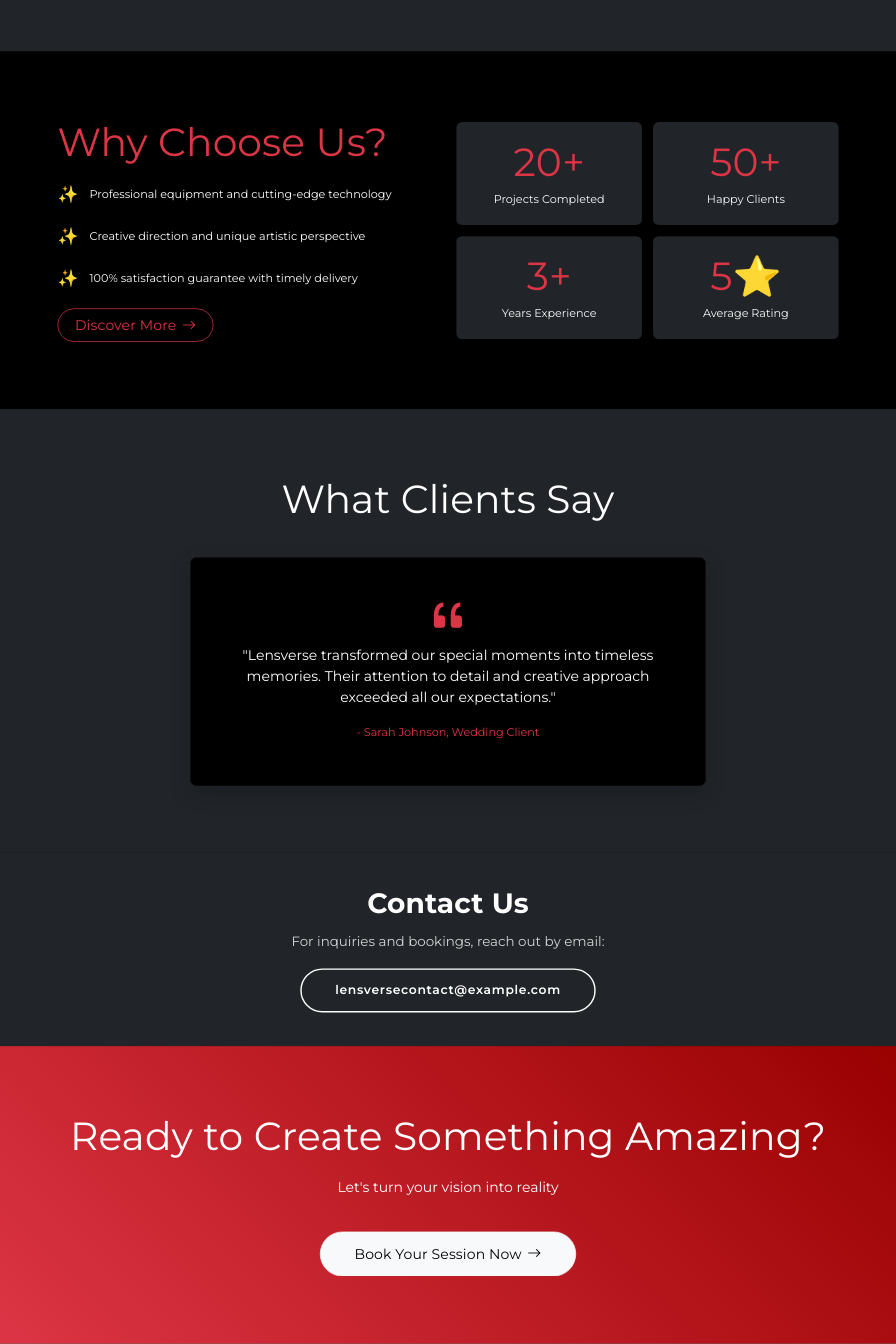
Repository: adithyakiran47/lensverseproject
Page: / (app in lensverse-client/)
An editor plug-in stored every save of this project. The page is shown before and after the next save, followed by the edit.
The browser window is 1280 px wide. The pictures show the part of the page from y = 1258 to 3178 px (the page is 3178 px tall), at 70% of full size.
The project was rebuilt for these pictures with package versions that can differ from the ones it lists, and the page was loaded fresh each time. Also part of the build but not shown: lensverse-client/src/pages/Portfolio.js, lensverse-client/src/utils/api.js, lensverse-client/src/pages/Booking.js, lensverse-client/src/pages/About.js, lensverse-client/src/pages/AdminLogin.js, lensverse-client/src/pages/AdminDashboard.js. Imported but missing from the stored project, and not drawn on this page: lensverse-client/src/reportWebVitals.

Above is the page before, as saved 2025-11-04 12:50:38.

After the next save:
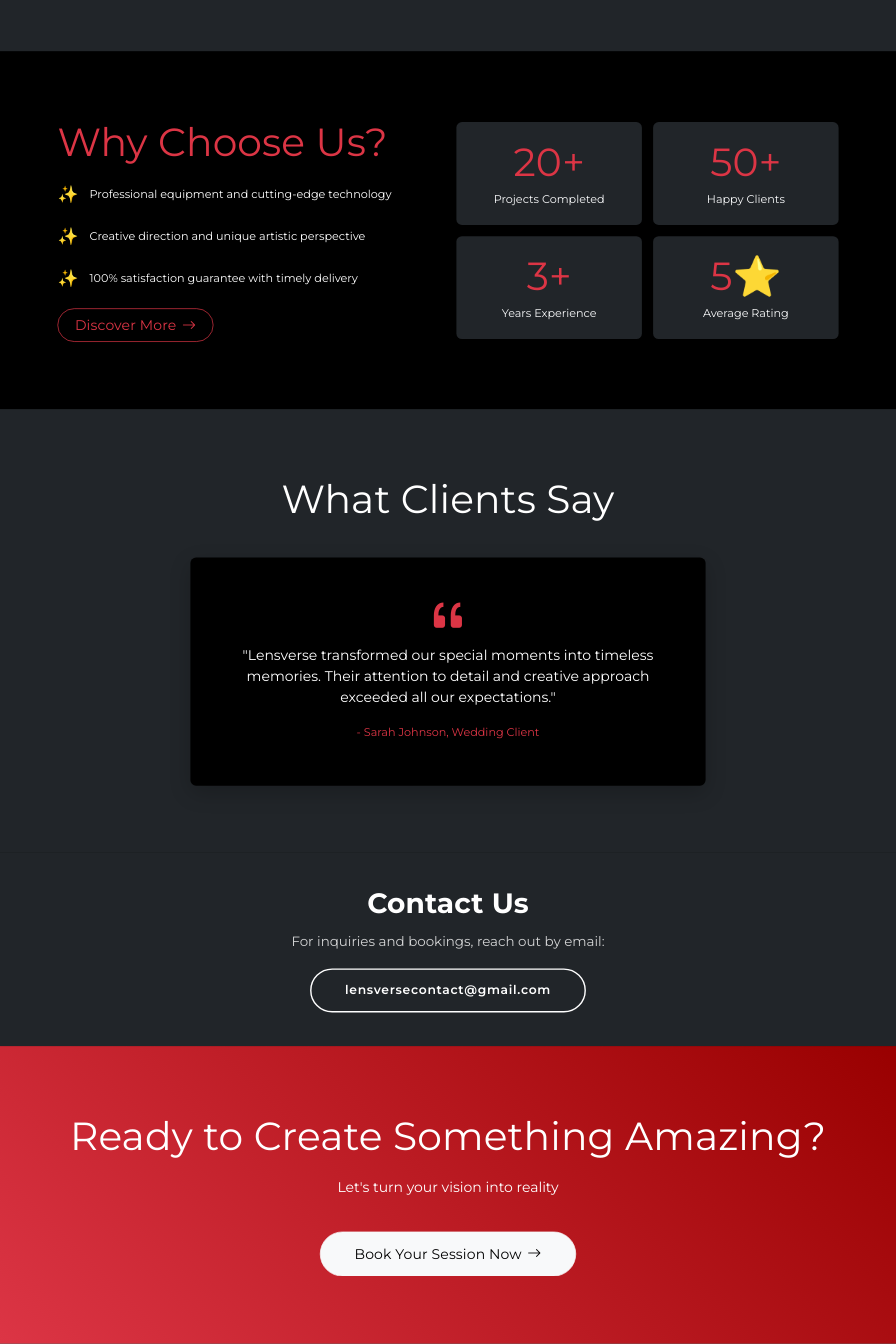
Saved 19 s later.
--- a/lensverse-client/src/pages/Home.js
+++ b/lensverse-client/src/pages/Home.js
@@ -144,7 +144,7 @@ const Home = () => {
       className="btn btn-outline-light btn-lg px-5 py-3 rounded-pill"
       style={{ textDecoration: "none" }}
     >
-      lensversecontact@example.com
+      lensversecontact@gmail.com
     </a>
   </div>
 </div>
